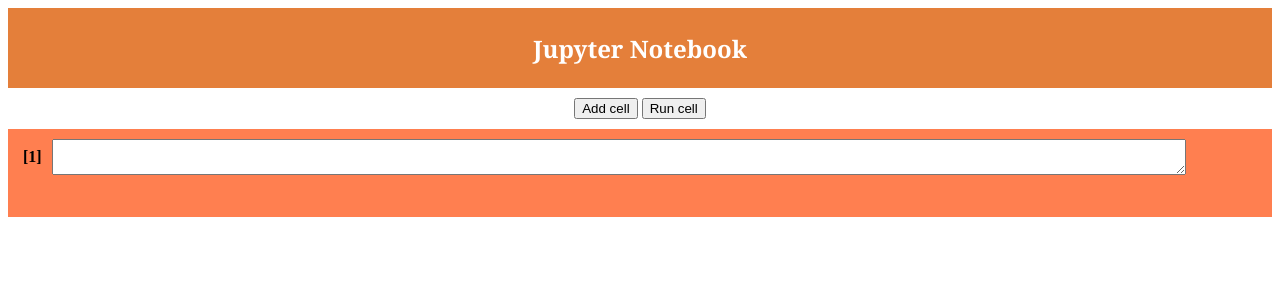
Repository: lingzi-liu/jupyter_notebook_prototype
Page: http://localhost/
These files come from the project's save history. The page is drawn as it stood at one moment and after the next save; the edit follows.
The browser window is 1280 px wide. The pictures show the whole page.
The page is served by the project's application, run on Flask 3 (app.py).

Above is the page before, as saved 2022-11-13 03:03:55.

After the next save:
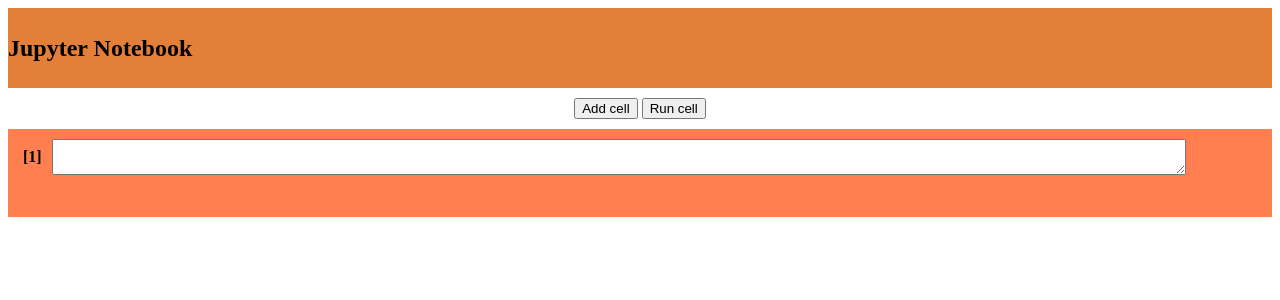
Saved 2 min 0 s later.
--- a/static/styles/style.css
+++ b/static/styles/style.css
@@ -6,7 +6,7 @@
   align-items: center;
 }
 
-#nav h2 {
+#nav h1 {
   margin: auto;
   color: white;
   font-family: Georgia, 'Times New Roman', Times, serif;
